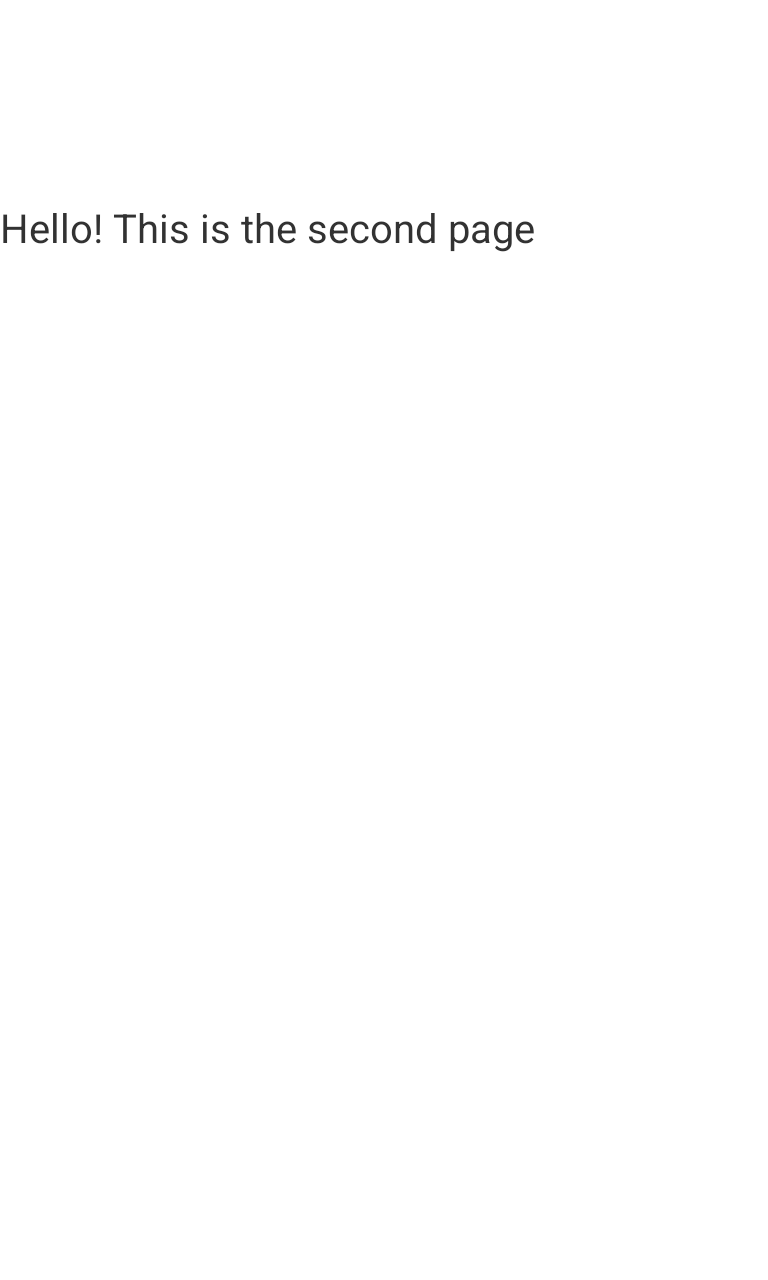
Repository: andreeacarmen/AndroidApp
Layout: MyApp/res/layout/new_activity.xml
The author's editor kept a copy of each file at every save. The layout is drawn from the files as they stood at one save, then again after the next save.
It is drawn on a 768 x 1280 px phone screen (xhdpi) without system bars, with theme AppTheme; the app's code is not run.

Above is the layout before, as saved 2014-07-02 08:54:22.

After the next save:
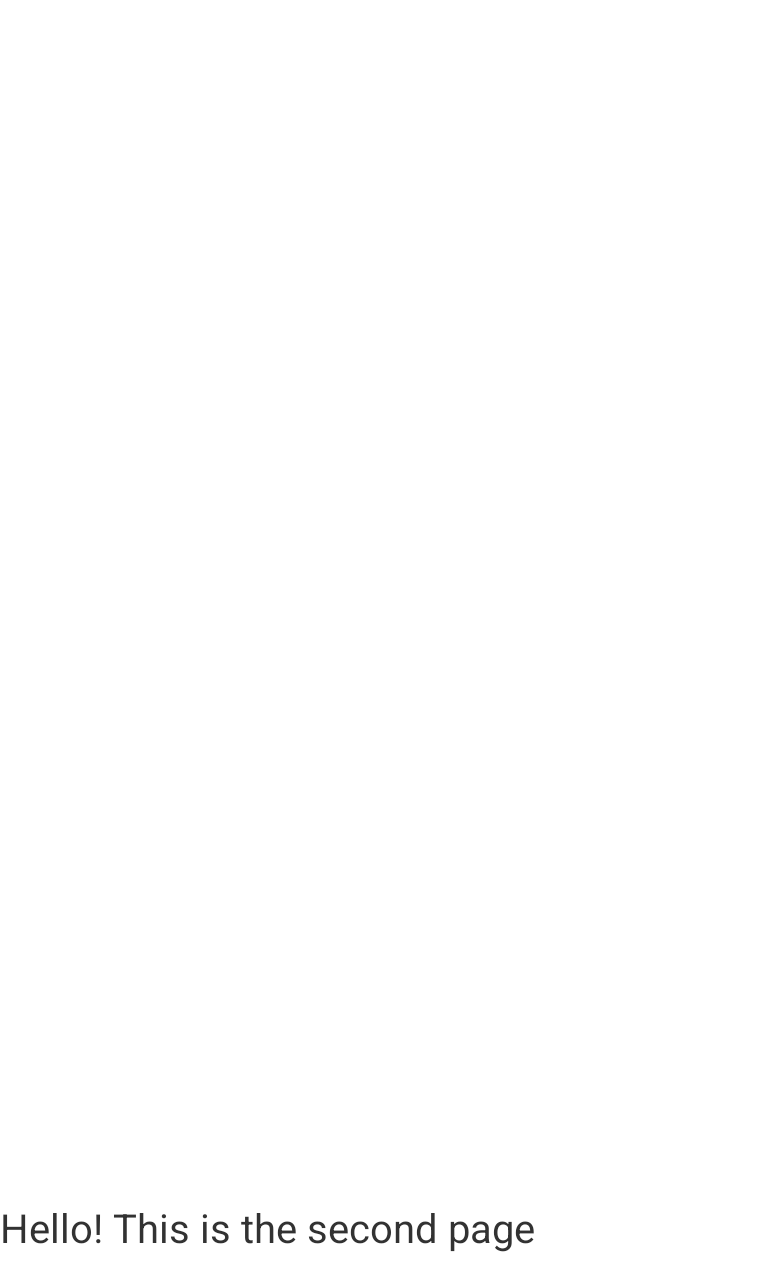
Saved 8 s later.
--- a/MyApp/res/layout/new_activity.xml
+++ b/MyApp/res/layout/new_activity.xml
@@ -7,7 +7,7 @@
    	<TextView
    	    android:text="Hello! This is the second page"
    	    android:textSize="20sp"
-   	    android:layout_marginTop="100dp"
+   	    android:layout_marginTop="600dp"
    	    android:layout_width="wrap_content"
    	    android:layout_height="wrap_content"
    	    />
